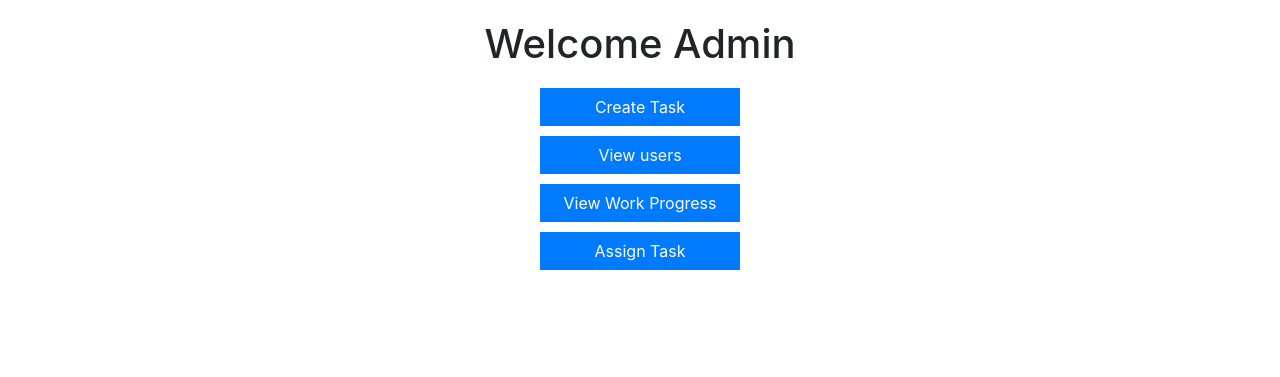
Repository: neha-rouniyar/taskmgmt
Page: http://localhost/admin-dashboard
An editor plug-in stored every save of this project. The page is shown before and after the next save, followed by the edit.
The browser window is 1280 px wide. The pictures show the whole page.
Some web libraries are served in a nearby version. The page is served by the project's Laravel application, run on PHP 8.4 with Laravel 10.

Above is the page before, as saved 2023-12-15 23:55:31.

After the next save:
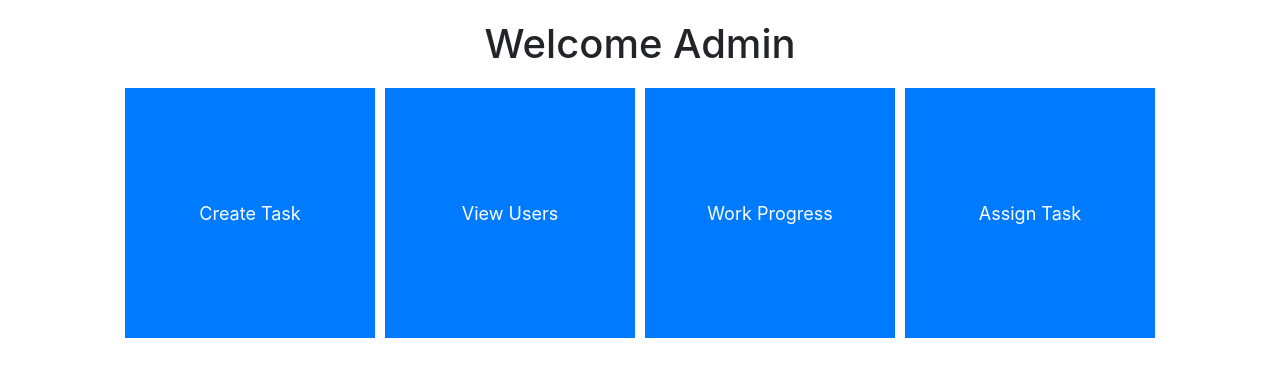
Saved 58 s later.
--- a/resources/views/admin/dashboard.blade.php
+++ b/resources/views/admin/dashboard.blade.php
@@ -1,6 +1,6 @@
-<!doctype html>
+<!DOCTYPE html>
 <html lang="en">
-  <head>
+<head>
     <!-- Required meta tags -->
     <meta charset="utf-8">
     <meta name="viewport" content="width=device-width, initial-scale=1, shrink-to-fit=no">
@@ -8,40 +8,46 @@
     <!-- Bootstrap CSS -->
     <link rel="stylesheet" href="https://cdn.jsdelivr.net/npm/bootstrap@4.0.0/dist/css/bootstrap.min.css" integrity="sha384-Gn5384xqQ1aoWXA+058RXPxPg6fy4IWvTNh0E263XmFcJlSAwiGgFAW/dAiS6JXm" crossorigin="anonymous">
     <style>
-      body {
-          padding: 20px;
-      }
+        body {
+            padding: 20px;
+        }
 
-      h1 {
-          margin-bottom: 20px;
-      }
+        h1 {
+            margin-bottom: 20px;
+        }
 
-      .btn-container {
-          display: flex;
-          flex-direction: column;
-          gap: 10px;
-      }
+        .btn-container {
+            display: flex;
+            flex-direction: row;
+            gap: 10px;
+            justify-content: center;
+        }
 
-      .btn-container a {
-          text-decoration: none;
-      }
+        .btn-container a {
+            text-decoration: none;
+        }
 
-      .btn {
-          width: 200px;
-          border: 1px solid #007bff;
-          background-color: #007bff;
-          color: #fff;
-          border-radius: 0;
-          transition: background-color 0.3s, color 0.3s;
-      }
+        .btn {
+            width: 250px;
+            height: 250px;
+            border: 1px solid #007bff;
+            background-color: #007bff;
+            color: #fff;
+            border-radius: 0;
+            transition: background-color 0.3s, color 0.3s;
+            display: flex;
+            align-items: center;
+            justify-content: center;
+            font-size: 18px;
+        }
 
-      .btn:hover {
-          background-color: #0056b3;
-      }
-  </style>
+        .btn:hover {
+            background-color: #0056b3;
+        }
+    </style>
     <title>Hello, world!</title>
-  </head>
-  <body>
+</head>
+<body>
     <div class="container text-center">
         <h1>Welcome Admin</h1>
         <div class="btn-container">
@@ -49,10 +55,10 @@
                 <button type="button" class="btn btn-primary">Create Task</button>
             </a>
             <a href="{{route('admin.view.users')}}">
-                <button type="button" class="btn btn-primary">View users</button>
+                <button type="button" class="btn btn-primary">View Users</button>
             </a>
             <a href="{{route('admin.view.workprogress')}}">
-                <button type="button" class="btn btn-primary">View Work Progress</button>
+                <button type="button" class="btn btn-primary">Work Progress</button>
             </a>
             <a href="{{route('admin.task.assign')}}">
                 <button type="button" class="btn btn-primary">Assign Task</button>
